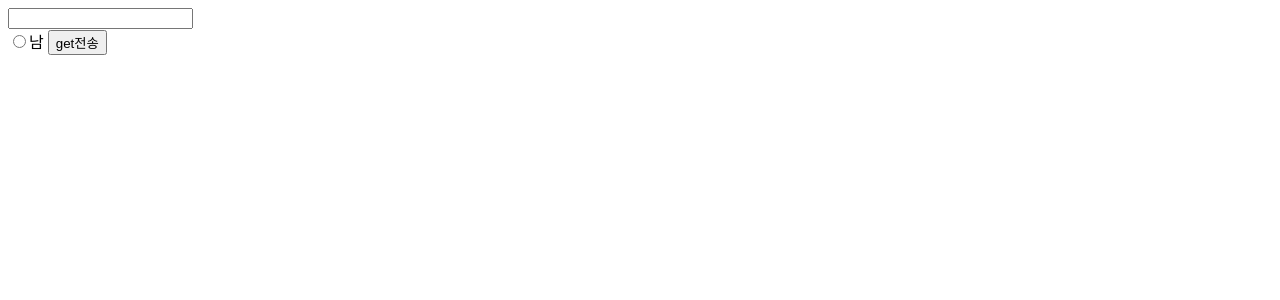
Repository: ryu1917/jsp
Page: http://localhost/jsp02/quiz/quiz.jsp
The author's editor kept a copy of each file at every save. The page is drawn from the files as they stood at one save, then again after the next save.
The browser window is 1280 px wide. The pictures show the whole page.
The page is served by Tomcat 9.

Above is the page before, as saved 2021-04-21 07:07:17.

After the next save:
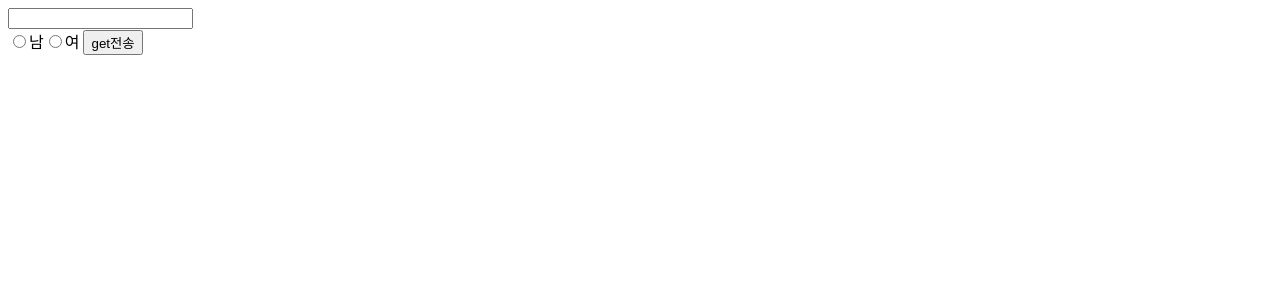
Saved 27 s later.
--- a/workspace/jsp02/src/main/webapp/quiz/quiz.jsp
+++ b/workspace/jsp02/src/main/webapp/quiz/quiz.jsp
@@ -9,7 +9,7 @@
 <body>
 <form action="result.jsp">
 <input type="text"name="pwd"><br>
-<input type="radio"name="man">남
+<input type="radio"name="man">남<input type="radio"name="man">여
 <input type="submit"value="get전송">
 </form>
 </body>
